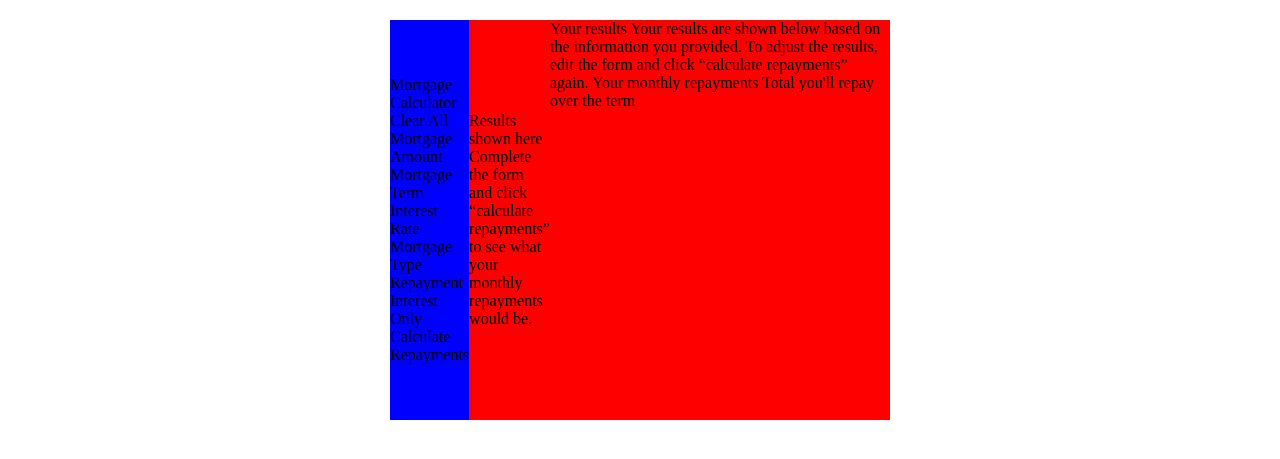
Repository: GravielPV/Mortgage-repayment-calculator
Page: index.html
An editor plug-in stored every save of this project. The page is shown before and after a run of saves, followed by the edit.
The browser window is 1280 px wide. The pictures show the whole page.

Above is the page before, as saved 2025-12-11 16:43:33.

After the next 3 saves:
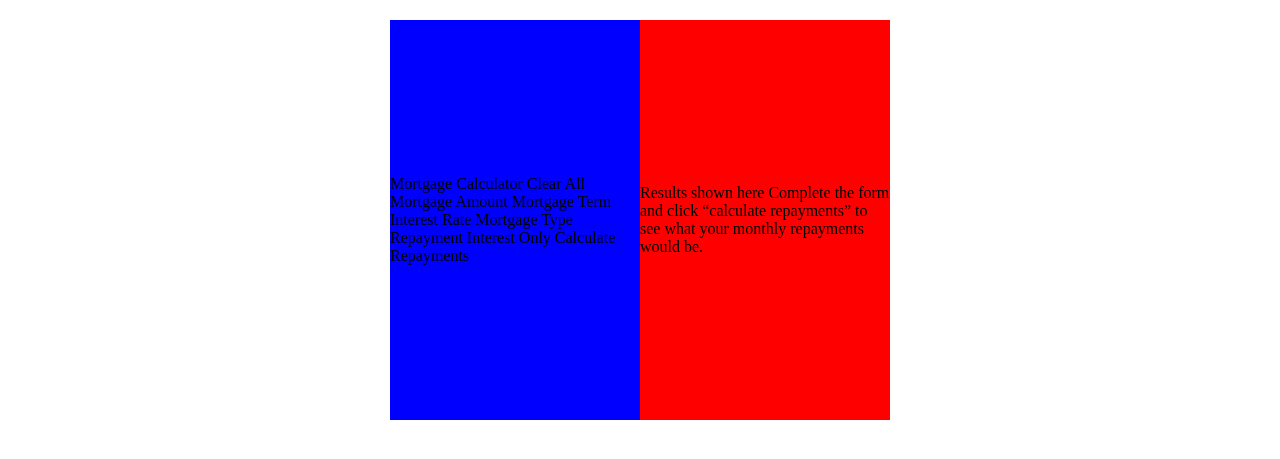
The 3 saves are shown as one change because they came seconds apart.
The last was saved 40 s later.
--- a/styles.css
+++ b/styles.css
@@ -20,5 +20,5 @@ display: flex;
 }
 
 .resultado{
-    displa
+    display: none;
 }
